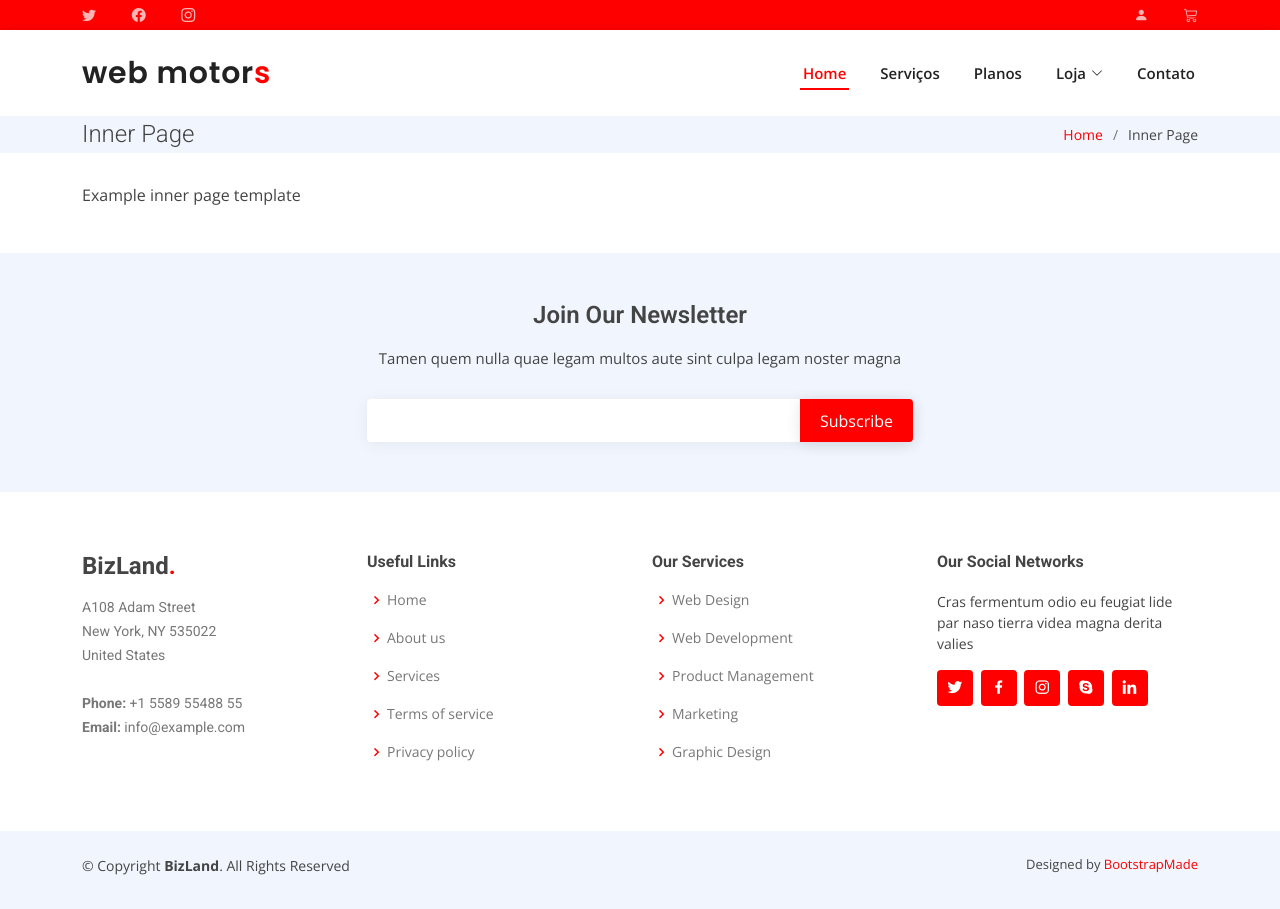
Repository: 01nethy/WebMotors
Page: inner-page.html
An editor plug-in stored every save of this project. The page is shown before and after the next save, followed by the edit.
The browser window is 1280 px wide. The pictures show the whole page.

Above is the page before, as saved 2023-10-07 20:21:03.

### inner-page.html
<!DOCTYPE html>
<html lang="en">

<head>
  <meta charset="utf-8">
  <meta content="width=device-width, initial-scale=1.0" name="viewport">

  <title>Inner Page - BizLand Bootstrap Template</title>
  <meta content="" name="description">
  <meta content="" name="keywords">

  <!-- Favicons -->
  <link href="assets/img/favicon.png" rel="icon">
  <link href="assets/img/apple-touch-icon.png" rel="apple-touch-icon">

  <!-- Google Fonts -->
  <link href="https://fonts.googleapis.com/css?family=Open+Sans:300,300i,400,400i,600,600i,700,700i|Roboto:300,300i,400,400i,500,500i,600,600i,700,700i|Poppins:300,300i,400,400i,500,500i,600,600i,700,700i" rel="stylesheet">

  <!-- Vendor CSS Files -->
  <link href="assets/vendor/aos/aos.css" rel="stylesheet">
  <link href="assets/vendor/bootstrap/css/bootstrap.min.css" rel="stylesheet">
  <link href="assets/vendor/bootstrap-icons/bootstrap-icons.css" rel="stylesheet">
  <link href="assets/vendor/boxicons/css/boxicons.min.css" rel="stylesheet">
  <link href="assets/vendor/glightbox/css/glightbox.min.css" rel="stylesheet">
  <link href="assets/vendor/swiper/swiper-bundle.min.css" rel="stylesheet">

  <!-- Template Main CSS File -->
  <link href="assets/css/style.css" rel="stylesheet">

  <!-- =======================================================
  * Template Name: BizLand
  * Updated: Jul 27 2023 with Bootstrap v5.3.1
  * Template URL: https://bootstrapmade.com/bizland-bootstrap-business-template/
  * Author: BootstrapMade.com
  * License: https://bootstrapmade.com/license/
  ======================================================== -->
</head>
<body>
  <!-- ======= Top Bar ======= -->
  <section id="topbar" class="d-flex align-items-center">
    <div id="topajust" class="container d-flex">
      <div class="social-links col-6 ">
        <a href="#" class="twitter m-0"><i class="bi bi-twitter"></i></a>
        <a href="#" class="facebook"><i class="bi bi-facebook"></i></a>
        <a href="#" class="instagram"><i class="bi bi-instagram"></i></a>
      <!-- <a href="#" class="linkedin"><i class="bi bi-linkedin"></i></i></a> -->
      </div>
      <div class="social-links col-6 text-end">
        <a href=""><i class="bi bi-person-fill"></i></a>
        <a href=""> <i class="bi bi-cart3"></i></a>
      </div>
    </div>
  </section>

  <!-- ======= Header nav ======= -->
  <header id="header" class="d-flex">
    <div class="container d-flex align-items-center justify-content-between"">
      <h1 class="logo"><a href="index.html">web motor<span>s</span></a></h1>
      <nav id="navbar" class="nav navbar justify-content-end">
        <ul>
          <li><a class="nav-link scrollto active" href="#hero">Home</a></li>
         <!-- <li><a class="nav-link scrollto" href="#about">Mecanica</a></li>-->
          <li><a class="nav-link scrollto" href="#services">Serviços</a></li>
         <!-- <li><a class="nav-link scrollto " href="#portfolio">Aditivo</a></li>-->
        <li><a class="nav-link scrollto" href="#pricing">Planos</a></li>
          <li class="dropdown"><a href="inner-page.html"><span>Loja</span> <i class="bi bi-chevron-down"></i></a>
            <ul>
              <li><a href="#">Aditivos</a></li>
             <!-- <li class="dropdown"><a href="#"><span>Deep Drop Down</span> <i class="bi bi-chevron-right"></i></a>
                <ul>
                  <li><a href="#">Deep Drop Down 1</a></li>
                  <li><a href="#">Deep Drop Down 2</a></li>
                  <li><a href="#">Deep Drop Down 3</a></li>
                  <li><a href="#">Deep Drop Down 4</a></li>
                  <li><a href="#">Deep Drop Down 5</a></li>
                </ul>
              </li> -->
              <li><a href="#">Borracha</a></li>
              <li><a href="#">Pneus</a></li>
            </ul>
          </li>
          <li><a class="nav-link scrollto" href="#contact">Contato</a></li>
        </ul>
        <i class="bi bi-list mobile-nav-toggle"></i>
      </nav><!-- .navbar -->

    </div>
  </header>


  <main id="main" data-aos="fade-up">

    <!-- ======= Breadcrumbs ======= -->
    <section class="breadcrumbs">
      <div class="container">

        <div class="d-flex justify-content-between align-items-center">
          <h2>Inner Page</h2>
          <ol>
            <li><a href="index.html">Home</a></li>
            <li>Inner Page</li>
          </ol>
        </div>

      </div>
    </section><!-- End Breadcrumbs -->

    <section class="inner-page">
      <div class="container">
        <p>
          Example inner page template
        </p>
      </div>
    </section>

  </main><!-- End #main -->

  <!-- ======= Footer ======= -->
  <footer id="footer">

    <div class="footer-newsletter">
      <div class="container">
        <div class="row justify-content-center">
          <div class="col-lg-6">
            <h4>Join Our Newsletter</h4>
            <p>Tamen quem nulla quae legam multos aute sint culpa legam noster magna</p>
            <form action="" method="post">
              <input type="email" name="email"><input type="submit" value="Subscribe">
            </form>
          </div>
        </div>
      </div>
    </div>

    <div class="footer-top">
      <div class="container">
        <div class="row">

          <div class="col-lg-3 col-md-6 footer-contact">
            <h3>BizLand<span>.</span></h3>
            <p>
              A108 Adam Street <br>
              New York, NY 535022<br>
              United States <br><br>
              <strong>Phone:</strong> +1 5589 55488 55<br>
              <strong>Email:</strong> info@example.com<br>
            </p>
          </div>

          <div class="col-lg-3 col-md-6 footer-links">
            <h4>Useful Links</h4>
            <ul>
              <li><i class="bx bx-chevron-right"></i> <a href="#">Home</a></li>
              <li><i class="bx bx-chevron-right"></i> <a href="#">About us</a></li>
              <li><i class="bx bx-chevron-right"></i> <a href="#">Services</a></li>
              <li><i class="bx bx-chevron-right"></i> <a href="#">Terms of service</a></li>
              <li><i class="bx bx-chevron-right"></i> <a href="#">Privacy policy</a></li>
            </ul>
          </div>

          <div class="col-lg-3 col-md-6 footer-links">
            <h4>Our Services</h4>
            <ul>
              <li><i class="bx bx-chevron-right"></i> <a href="#">Web Design</a></li>
              <li><i class="bx bx-chevron-right"></i> <a href="#">Web Development</a></li>
              <li><i class="bx bx-chevron-right"></i> <a href="#">Product Management</a></li>
              <li><i class="bx bx-chevron-right"></i> <a href="#">Marketing</a></li>
              <li><i class="bx bx-chevron-right"></i> <a href="#">Graphic Design</a></li>
            </ul>
          </div>

          <div class="col-lg-3 col-md-6 footer-links">
            <h4>Our Social Networks</h4>
            <p>Cras fermentum odio eu feugiat lide par naso tierra videa magna derita valies</p>
            <div class="social-links mt-3">
              <a href="#" class="twitter"><i class="bx bxl-twitter"></i></a>
              <a href="#" class="facebook"><i class="bx bxl-facebook"></i></a>
              <a href="#" class="instagram"><i class="bx bxl-instagram"></i></a>
              <a href="#" class="google-plus"><i class="bx bxl-skype"></i></a>
              <a href="#" class="linkedin"><i class="bx bxl-linkedin"></i></a>
            </div>
          </div>

        </div>
      </div>
    </div>

    <div class="container py-4">
      <div class="copyright">
        &copy; Copyright <strong><span>BizLand</span></strong>. All Rights Reserved
      </div>
      <div class="credits">
        <!-- All the links in the footer should remain intact. -->
        <!-- You can delete the links only if you purchased the pro version. -->
        <!-- Licensing information: https://bootstrapmade.com/license/ -->
        <!-- Purchase the pro version with working PHP/AJAX contact form: https://bootstrapmade.com/bizland-bootstrap-business-template/ -->
        Designed by <a href="https://bootstrapmade.com/">BootstrapMade</a>
      </div>
    </div>
  </footer><!-- End Footer -->

  <div id="preloader"></div>
  <a href="#" class="back-to-top d-flex align-items-center justify-content-center"><i class="bi bi-arrow-up-short"></i></a>

  <!-- Vendor JS Files -->
  <script src="assets/vendor/purecounter/purecounter_vanilla.js"></script>
  <script src="assets/vendor/aos/aos.js"></script>
  <script src="assets/vendor/bootstrap/js/bootstrap.bundle.min.js"></script>
  <script src="assets/vendor/glightbox/js/glightbox.min.js"></script>
  <script src="assets/vendor/isotope-layout/isotope.pkgd.min.js"></script>
  <script src="assets/vendor/swiper/swiper-bundle.min.js"></script>
  <script src="assets/vendor/waypoints/noframework.waypoints.js"></script>
  <script src="assets/vendor/php-email-form/validate.js"></script>

  <!-- Template Main JS File -->
  <script src="assets/js/main.js"></script>

</body>

</html>

Loaded but not shown: assets/vendor/aos/aos.css (library); assets/vendor/bootstrap/css/bootstrap.min.css (library); assets/vendor/bootstrap-icons/bootstrap-icons.css (library); assets/vendor/boxicons/css/boxicons.min.css (library); assets/vendor/glightbox/css/glightbox.min.css (library); assets/vendor/swiper/swiper-bundle.min.css (library); assets/vendor/purecounter/purecounter_vanilla.js (library); assets/vendor/aos/aos.js (library); assets/vendor/bootstrap/js/bootstrap.bundle.min.js (library); assets/vendor/glightbox/js/glightbox.min.js (library); assets/vendor/isotope-layout/isotope.pkgd.min.js (library); assets/vendor/swiper/swiper-bundle.min.js (library); assets/vendor/waypoints/noframework.waypoints.js (library); assets/vendor/php-email-form/validate.js (common file); assets/js/main.js (289 lines, source omitted); assets/css/style.css (1946 lines, source omitted)

After the next save:
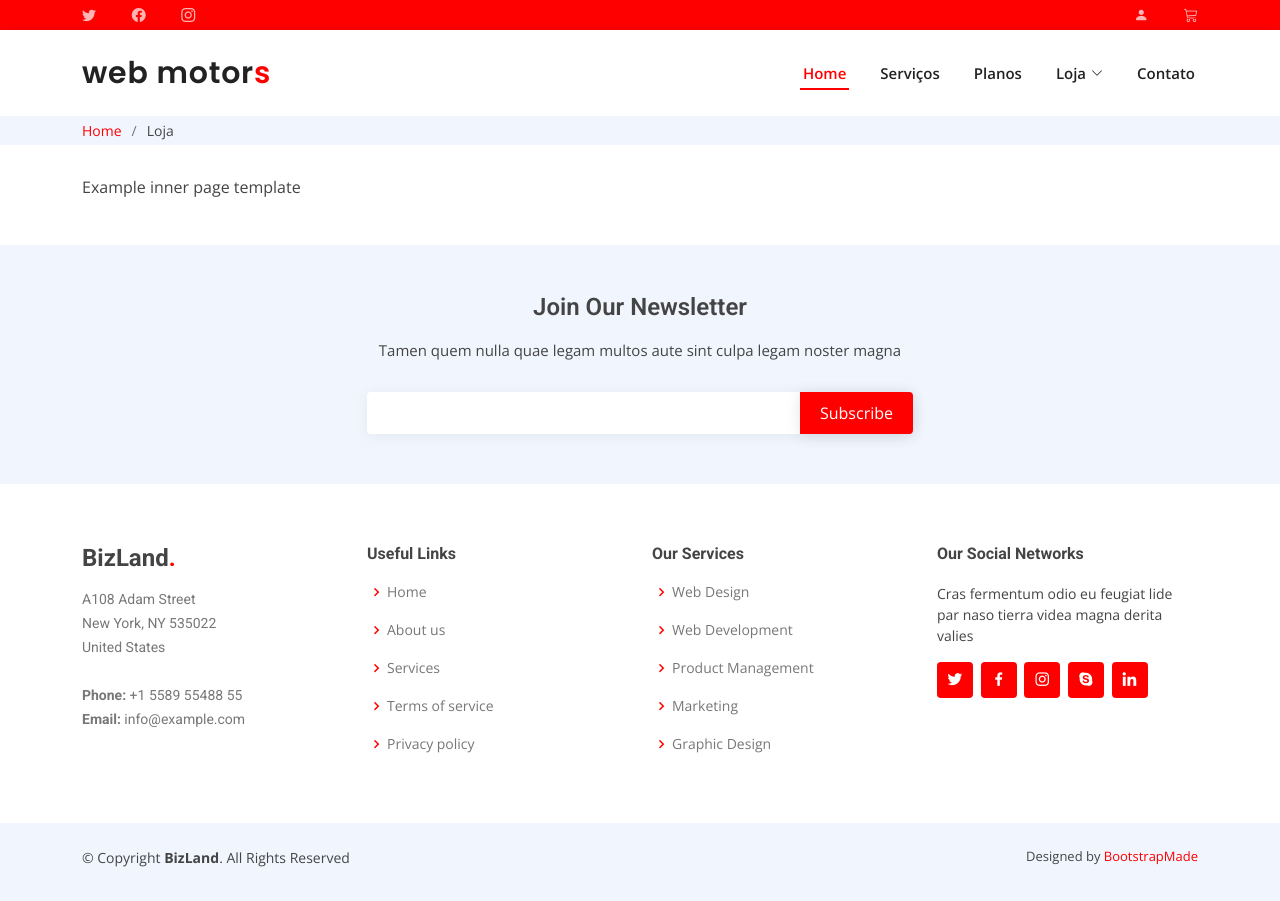
Saved 37 s later.
--- a/inner-page.html
+++ b/inner-page.html
@@ -95,10 +95,9 @@
       <div class="container">
 
         <div class="d-flex justify-content-between align-items-center">
-          <h2>Inner Page</h2>
           <ol>
             <li><a href="index.html">Home</a></li>
-            <li>Inner Page</li>
+            <li>Loja</li>
           </ol>
         </div>
 
